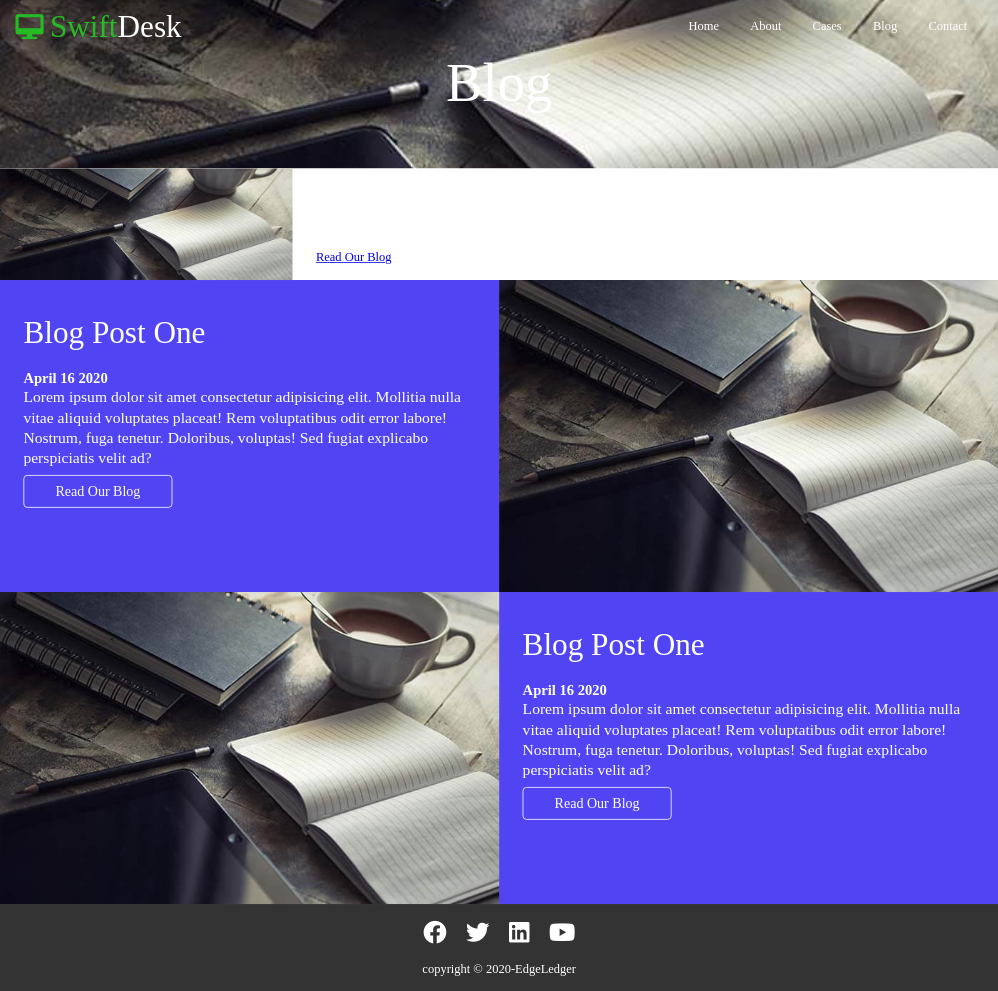
Repository: reemoon-ctrl/swiftdisk-Website-Flexbox
Page: blog.html
An editor plug-in stored every save of this project. The page is shown before and after the next save, followed by the edit.
The browser window is 1280 px wide. The pictures show the whole page, at 78% of full size.

Above is the page before, as saved 2024-07-27 12:39:01.

After the next save:
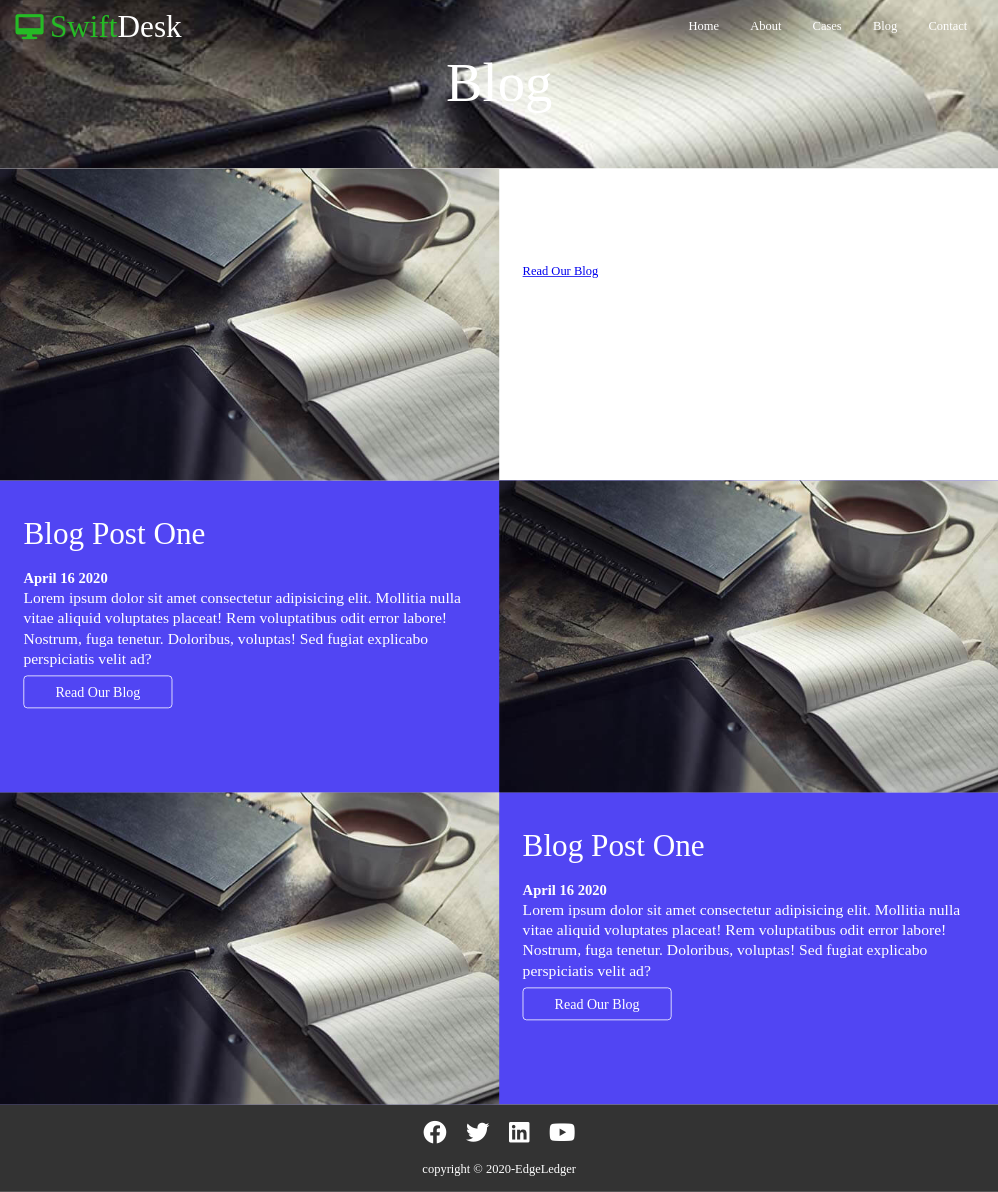
Saved 6 s later.
--- a/index.css
+++ b/index.css
@@ -328,8 +328,6 @@ header h1{
 .blog-content-light{
     color:#fff;
     padding:20px 30px;
-}
-.blog-content{
     height:25rem;
     width: 50%;
 }
